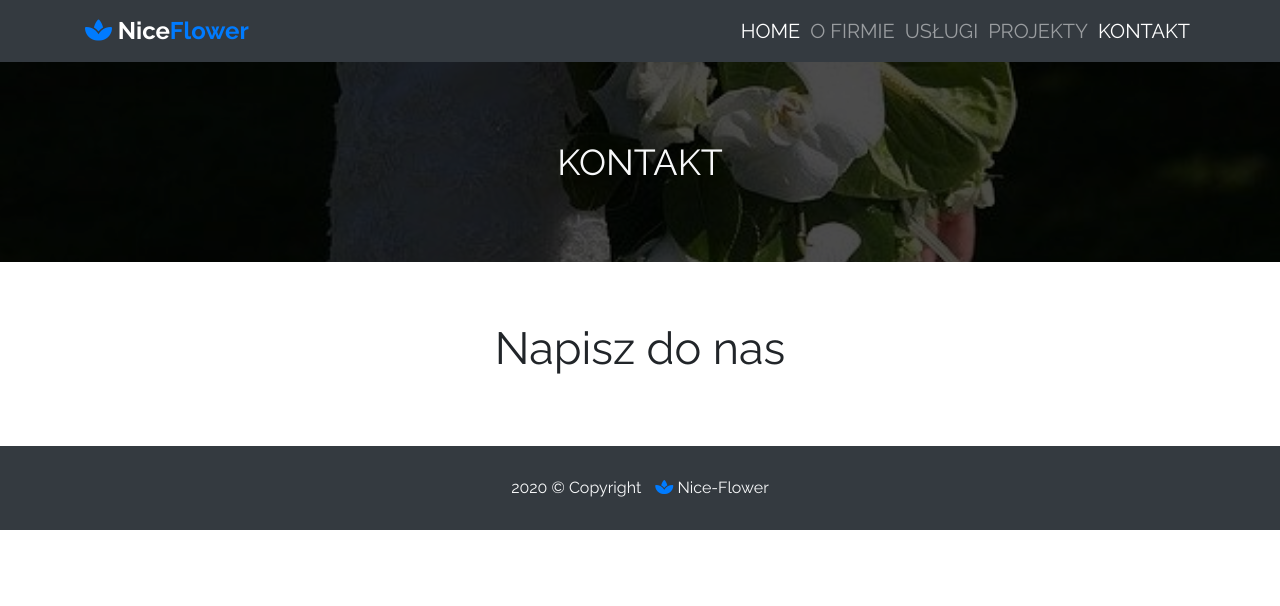
Repository: KrzysKolo/Projekt-13_Kwiaciarnia
Page: contact.html
These files come from the project's save history. The page is drawn as it stood at one moment and after the next save; the edit follows.
The browser window is 1280 px wide. The pictures show the whole page.
Some web libraries are served in a nearby version.

Above is the page before, as saved 2020-08-11 12:51:01.

### contact.html
<!DOCTYPE html>
<html lang="pl">
  <head>
    <meta charset="UTF-8" />
    <meta name="viewport" content="width=device-width, initial-scale=1.0" />
    <title>Nice-Flower</title>
    <script
      src="https://kit.fontawesome.com/21efeaf281.js"
      crossorigin="anonymous"
    ></script>

    <link
      rel="stylesheet"
      href="https://stackpath.bootstrapcdn.com/bootstrap/4.5.0/css/bootstrap.min.css"
      integrity="sha384-9aIt2nRpC12Uk9gS9baDl411NQApFmC26EwAOH8WgZl5MYYxFfc+NcPb1dKGj7Sk"
      crossorigin="anonymous"
    />
    <link
      href="https://fonts.googleapis.com/css2?family=Raleway:wght@400;700&display=swap"
      rel="stylesheet"
    />
    <link rel="stylesheet" href="style.css" />
  </head>
  <body>
    <nav class="navbar navbar-expand-lg navbar-dark bg-dark py-3">
      <div class="container">
        <a class="navbar-brand" href="index.html"
          ><i class="fas fa-spa text-primary"></i> Nice<span
            class="text-primary"
            >Flower</span
          ></a
        >
        <button
          class="navbar-toggler border-0"
          type="button"
          data-toggle="collapse"
          data-target="#navbarNavAltMarkup"
          aria-controls="navbarNavAltMarkup"
          aria-expanded="false"
          aria-label="Toggle navigation"
        >
          <i class="fas fa-bars px-4"></i>
        </button>
        <div class="collapse navbar-collapse" id="navbarNavAltMarkup">
          <div class="navbar-nav ml-auto">
            <a class="nav-link active" href="index.html">Home </a>
            <a class="nav-link" href="abouteus.html">O firmie</a>
            <a class="nav-link" href="services.html"> Usługi</a>
            <a class="nav-link" href="projects.html">Projekty</a>
            <a class="nav-link active" href="#"
              ><span class="sr-only">(current)</span>Kontakt</a
            >
          </div>
        </div>
      </div>
    </nav>

    <!-- MAIN -->
    <main>
      <section class="top-hero contact-hero">
        <div class="hero-shadow"></div>
        <p class="top-hero-text text-light">Kontakt</p>
      </section>
      <section class="contact py-5">
        <div class="container">
          <div class="text-center py-5">
            <p class="display-3">Napisz do nas</p>
          </div>
        </div>
      </section>
    </main>
    <footer class="bg-dark text-light">
      <p class="py-5 px-3 mb-0 text-center">
        2020 &copy; Copyright
        <i class="ml-3 fas fa-spa text-primary"></i> Nice-Flower
      </p>
    </footer>
    <script
      src="https://code.jquery.com/jquery-3.5.1.slim.min.js"
      integrity="sha384-DfXdz2htPH0lsSSs5nCTpuj/zy4C+OGpamoFVy38MVBnE+IbbVYUew+OrCXaRkfj"
      crossorigin="anonymous"
    ></script>
    <script
      src="https://cdn.jsdelivr.net/npm/popper.js@1.16.0/dist/umd/popper.min.js"
      integrity="sha384-Q6E9RHvbIyZFJoft+2mJbHaEWldlvI9IOYy5n3zV9zzTtmI3UksdQRVvoxMfooAo"
      crossorigin="anonymous"
    ></script>
    <script
      src="https://stackpath.bootstrapcdn.com/bootstrap/4.5.0/js/bootstrap.min.js"
      integrity="sha384-OgVRvuATP1z7JjHLkuOU7Xw704+h835Lr+6QL9UvYjZE3Ipu6Tp75j7Bh/kR0JKI"
      crossorigin="anonymous"
    ></script>
  </body>
</html>

### style.css
* {
  box-sizing: border-box;
  margin: 0;
  padding: 0;
}
html {
  font-size: 62.5%;
}
body {
  font-family: "Raleway", sans-serif;
  font-size: 1.6rem;
}
.hero-shadow {
  position: absolute;
  top: 0;
  width: 100%;
  height: 100%;
  background-color: rgba(0, 0, 0, 0.7);
  z-index: -1;
}
.additional-text {
  font-size: 1.8rem;
}
.top-hero {
  position: relative;
  height: 20rem;
  background-size: cover;
  z-index: 0;
}
.top-hero-text {
  display: flex;
  justify-content: center;
  align-items: center;
  height: 100%;
  font-size: 3.6rem;
  text-transform: uppercase;
}
/* ----------- */
/*  nawigacja  */
/* ----------- */
nav {
  font-size: 2rem;
  text-transform: uppercase;
}
.navbar-toggler {
  font-size: 3rem;
}
.navbar-brand {
  font-size: 2.4rem;
  font-weight: bold;
  text-transform: none;
}
/* ----------- */
/*    header   */
/* ----------- */
header {
  font-size: 2rem;
}
.carousel-item {
  position: relative;
  height: 400px;
  background-position: center;
  background-size: cover;
  z-index: 0;
}
.carousel-img-one {
  background-image: url("./img/b1m.jpg");
}
.carousel-img-two {
  background-image: url("./img/b2m.jpg");
}
.carousel-img-three {
  background-image: url("./img/b4m.jpg");
}
/* ----------- */
/*     main    */
/* ----------- */
.home-boxes {
  padding: 5rem 0;
}
.home-box i {
  font-size: 4rem;
}
.home-box h3 {
  font-size: 2.6rem;
}
/* ----------- */
.home-passion {
  position: relative;
  height: 350px;
  background-image: url("./img/b8m.jpg");
  background-position: center;
  background-size: cover;
  z-index: 0;
}
/* ----------- */
.home-brand h3 {
  font-size: 3rem;
  font-weight: bold;
}
/* ----------- */
/*   aboutus   */
/* ----------- */
.aboutus-hero {
  background-image: url("./img/obrazek1.jpg");
  background-position: bottom;
}
/* ----------- */
.aboutus-top .display-3 {
  text-transform: uppercase;
}
/* ----------- */
.aboutus-info {
  background-color: rgba(0, 0, 0, 0.3);
}
.aboutus-info .container {
  padding: 2em 0.5em;
}
.aboutus-text {
  padding: 1.8rem;
}
.aboutus-text h3 {
  margin-bottom: 0.5em;
  font-size: 2.6rem;
  text-transform: uppercase;
  font-weight: bold;
  text-decoration: underline #007bff;
}
.abouts-text-right {
  text-align: right;
}
.aboutus-img {
  height: 300px;
  background-image: url("./img/b5m.jpg");
  background-position: center;
  background-size: cover;
}
/* ----------- */
.aboutus-bottom i {
  font-size: 3rem;
}
.aboutus-bottom h3 {
  font-size: 2.2rem;
  font-weight: bold;
}
/* ----------- */
/*    usługi   */
/* ----------- */
.service-hero {
  background-image: url("./img/pm.jpg");
  background-position: 0 50%;
}
/* ----------- */
.service-hero-box {
  position: relative;
  height: 300px;
  background-size: cover;
  z-index: 0;
}
.service-hero-box p {
  display: flex;
  justify-content: center;
  align-items: center;
  font-size: 3rem;
  text-transform: uppercase;
}
.service-pricing .box-one {
  background-image: url("./img/b2m.jpg");
}
.service-pricing .box-two {
  background-image: url("./img/bsm.jpg");
}
.service-pricing .box-three {
  background-image: url("./img/wm.jpg");
}
.service-pricing .box-four {
  background-image: url("./img/rdm.jpg");
}
.service-pricing .card-header {
  font-size: 2rem;
  cursor: pointer;
}
.service-pricing h3 {
  font-weight: bold;
}
.service-pricing .btn {
  font-size: 1.6rem;
  text-transform: uppercase;
}
/* ----------- */
/*   projekty  */
/* ----------- */
.projects-hero {
  background-image: url("./img/b3m.jpg");
  background-position: center;
}
.projects img {
  height: 240px;
  object-fit: cover;
}
.projects .btn {
  font-size: 1.4rem;
  text-transform: uppercase;
}
/* ----------- */
/*    kontakt  */
/* ----------- */
.contact-hero {
  background-image: url("./img/obrazek2.jpg");
  background-position: center;
}
/* ----------- */
/*    footer   */
/* ----------- */
footer {
  font-size: 1.6rem;
}
@media (min-width: 992px) {
  .aboutus-info .container {
    padding: 0;
  }
  .aboutus-shadow {
    box-shadow: inset 0 5px 10px -5px rgba(0, 0, 0, 0.4);
  }
  .aboutus-text {
    padding: 5em 0;
    transform: skew(-15deg);
  }
  .abouts-text-left {
    padding-right: 2em;
    text-align: right;
  }
  .abouts-text-right {
    padding-left: 2em;
    text-align: left;
  }
  .aboutus-img {
    height: auto;
    transform: skew(-15deg);
  }
}
@media (min-width: 1400px) {
  .carousel-item {
    height: 600px;
  }
  .carousel-img-one {
    background-image: url("./img/b1.jpg");
  }
  .carousel-img-two {
    background-image: url("./img/b2.jpg");
  }
  .carousel-img-three {
    background-image: url("./img/b4.jpg");
  }
}

After the next save:
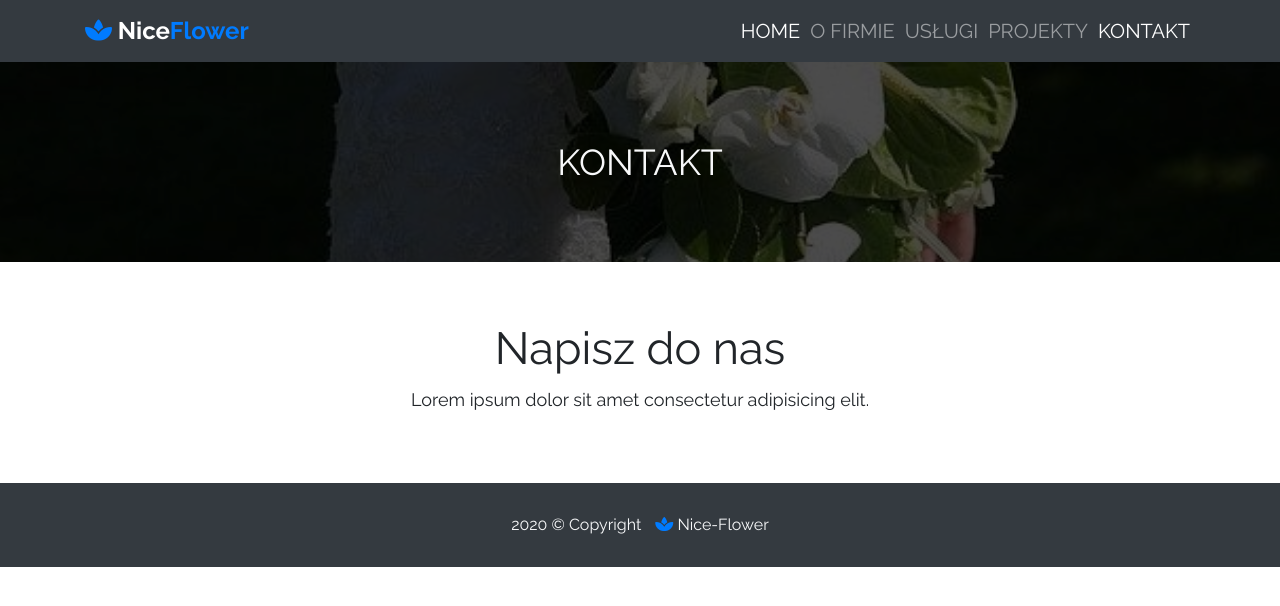
Saved 61 s later.
--- a/contact.html
+++ b/contact.html
@@ -65,6 +65,9 @@
         <div class="container">
           <div class="text-center py-5">
             <p class="display-3">Napisz do nas</p>
+            <p class="additional-text">
+              Lorem ipsum dolor sit amet consectetur adipisicing elit.
+            </p>
           </div>
         </div>
       </section>
